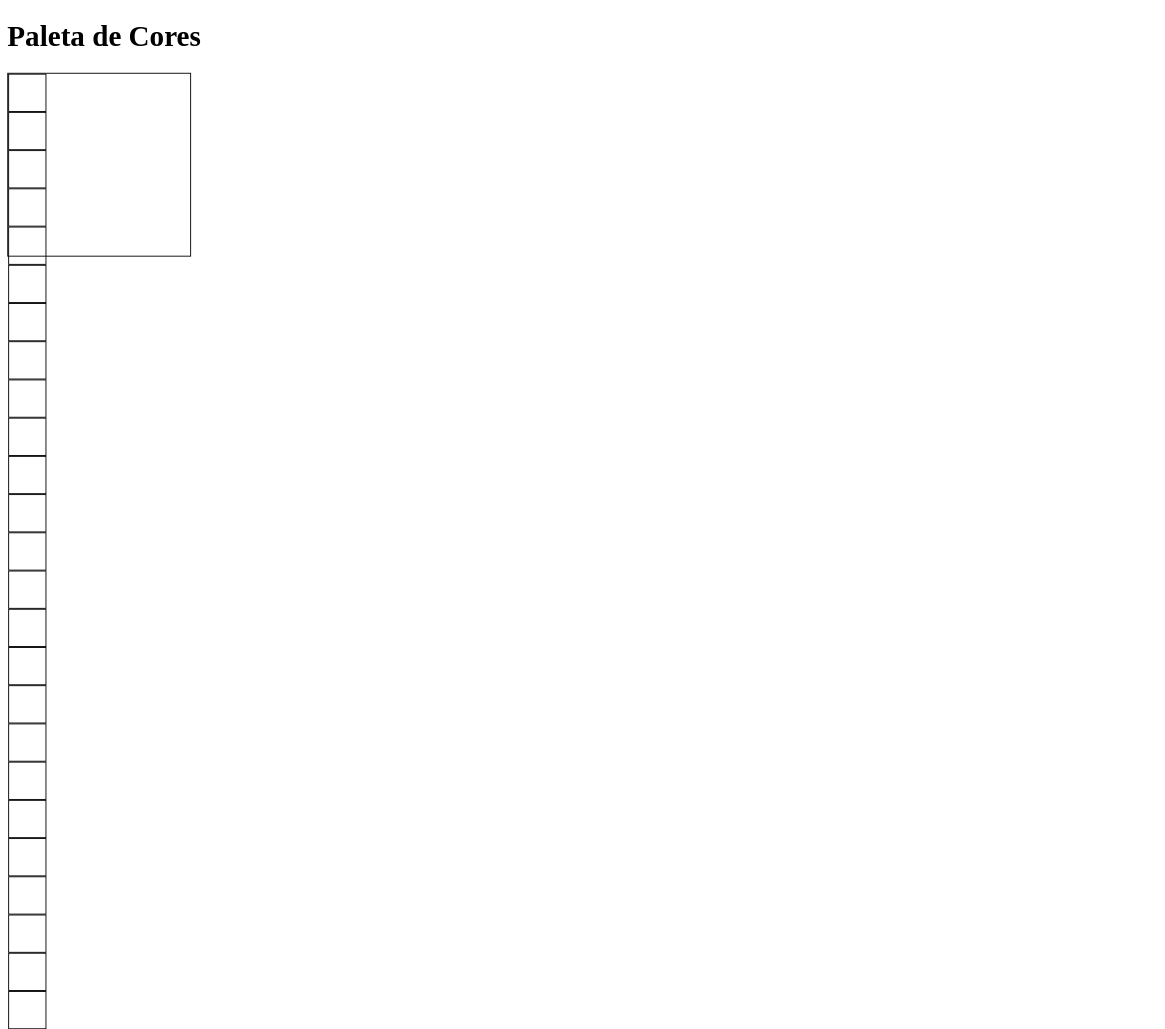
Repository: MuriloColleti/project-Pixer-Art
Page: index.html
An editor plug-in stored every save of this project. The page is shown before and after the next save, followed by the edit.
The browser window is 1280 px wide. The pictures show the whole page, at 91% of full size.

Above is the page before, as saved 2024-02-05 15:46:57.

After the next save:
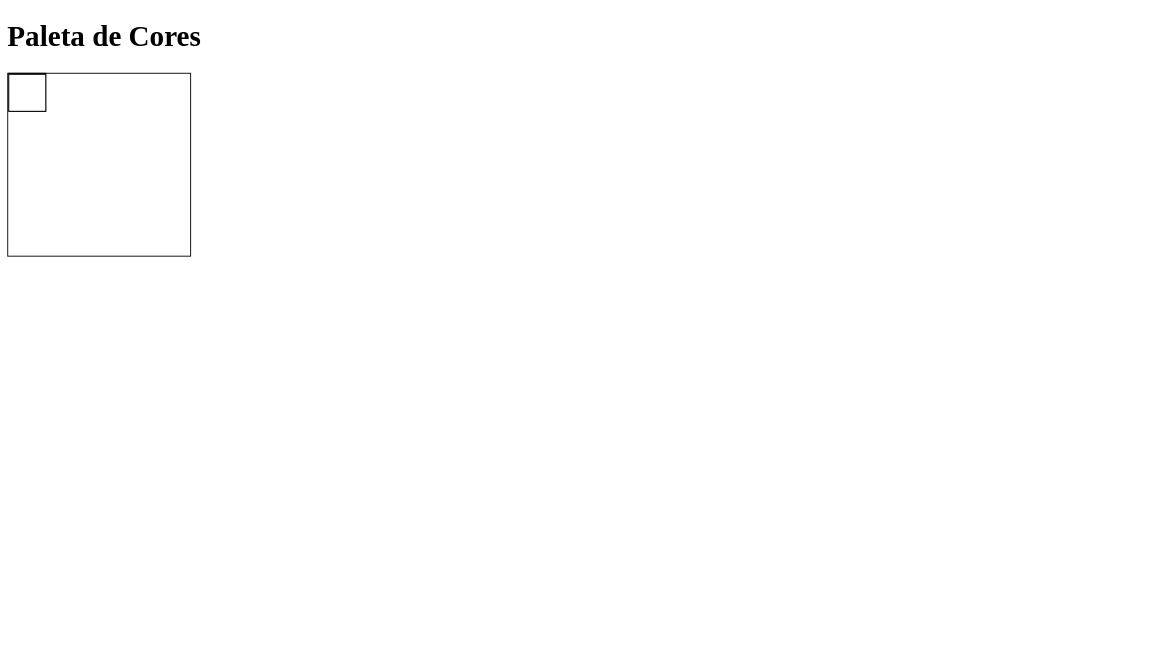
Saved 8 s later.
--- a/style.css
+++ b/style.css
@@ -18,6 +18,7 @@
     width: 40px;
     height: 40px;
     border: 1px solid black;
+    position: fixed;
 }
 
 #pixel-board{

After the save that followed:
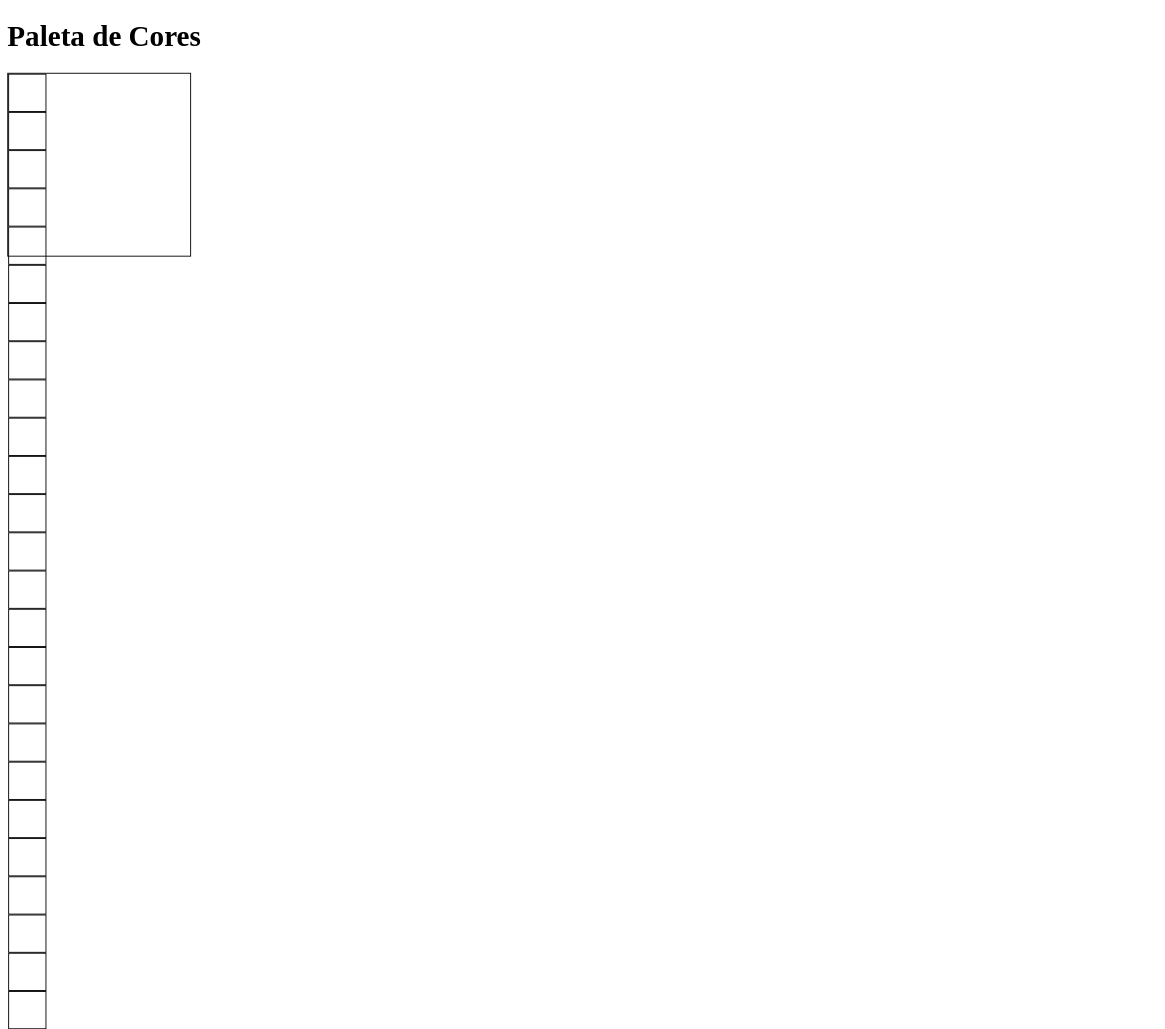
Saved 15 s later.
--- a/style.css
+++ b/style.css
@@ -18,7 +18,7 @@
     width: 40px;
     height: 40px;
     border: 1px solid black;
-    position: fixed;
+
 }
 
 #pixel-board{
